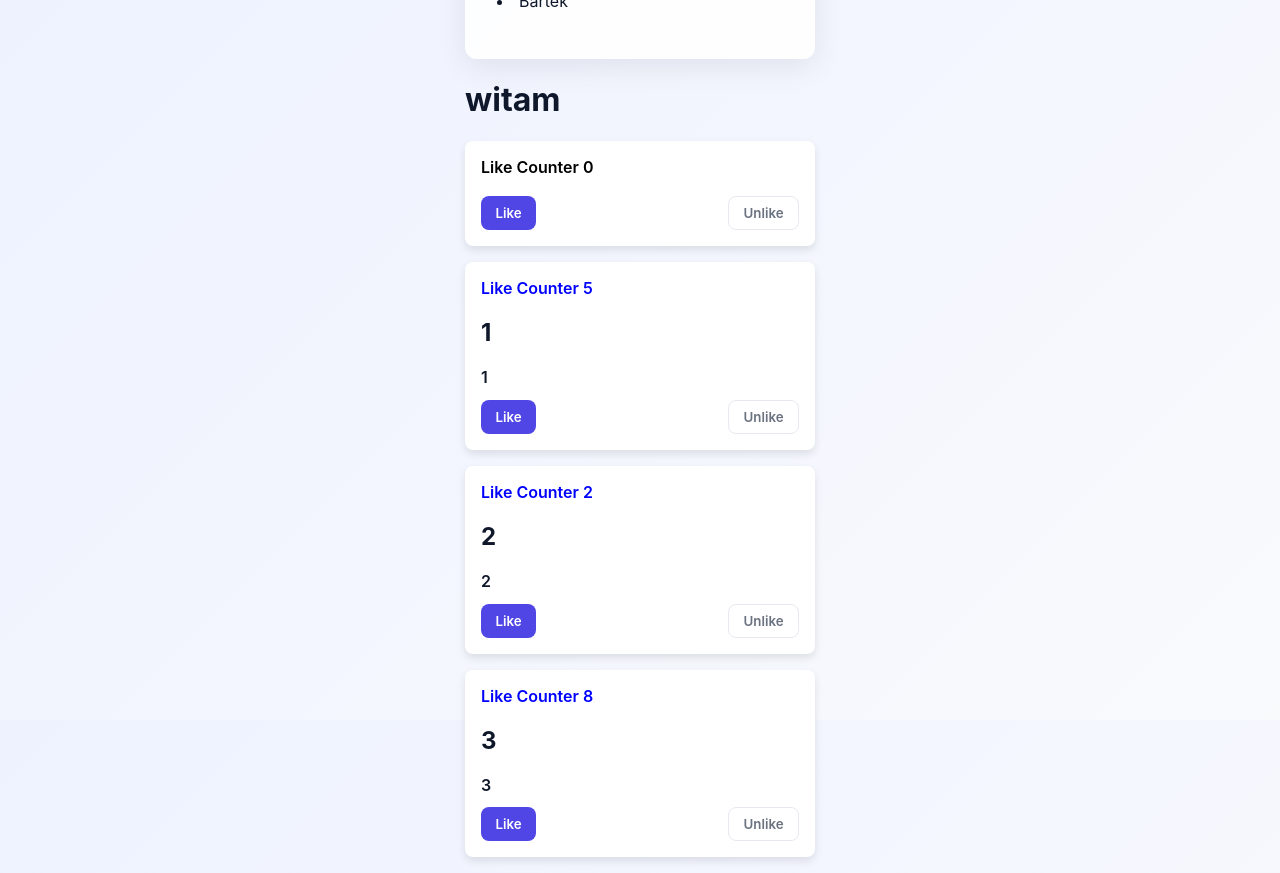
Repository: KrystianTrzy/reactapt
Page: /
These files come from the project's save history. The page is drawn as it stood at one moment and after a run of saves; the edit follows.
The browser window is 1280 px wide. The pictures show the whole page.
The project was rebuilt for these pictures with package versions that can differ from the ones it lists, and the page was loaded fresh each time.

Above is the page before, as saved 2025-11-22 09:40:44.

After the next 3 saves:
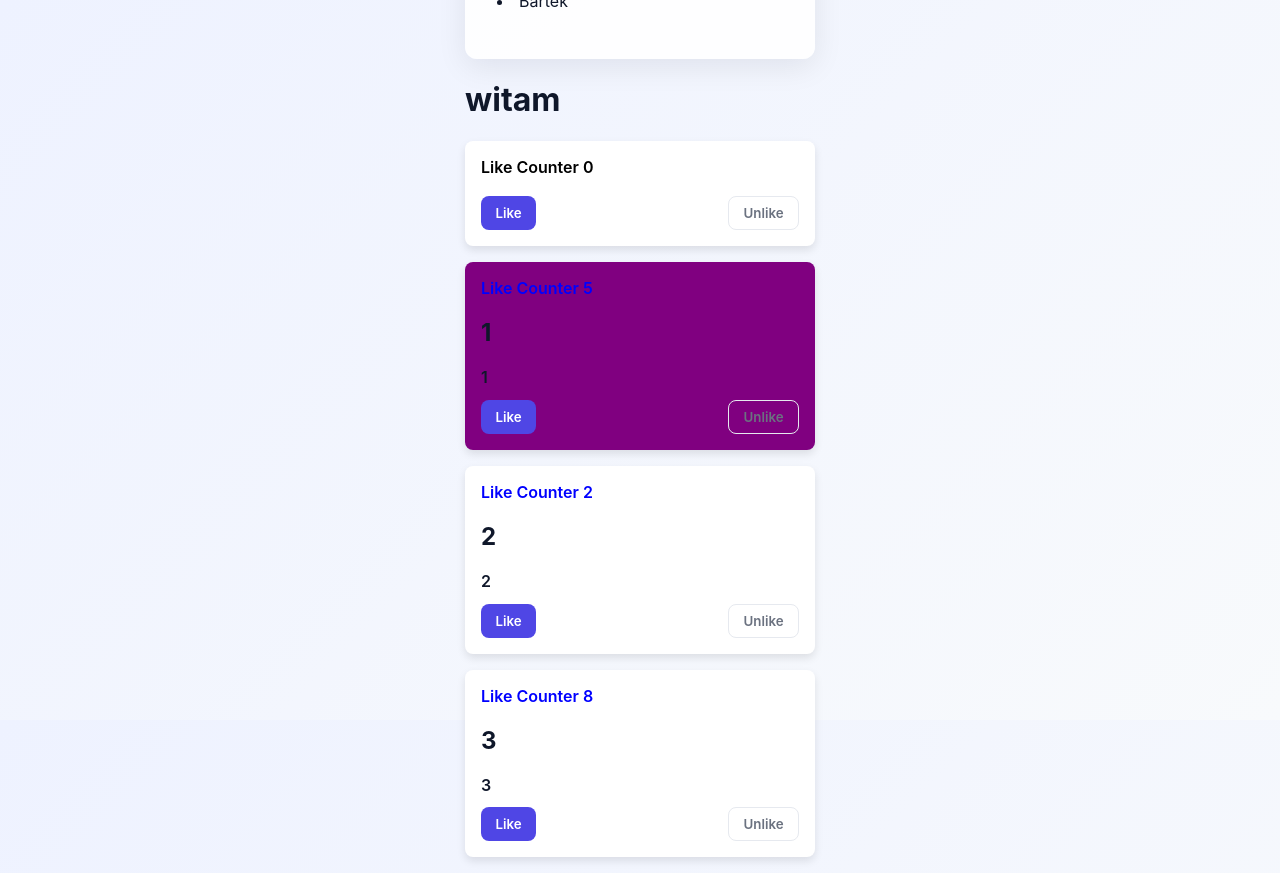
The 3 saves are shown as one change because they came seconds apart.
The last was saved 22 s later.
--- a/src/index.js
+++ b/src/index.js
@@ -12,7 +12,7 @@ root.render(
       <h1>witam</h1>
       <LikeCounter />
       <LikeCounter
-        color=""
+        color="purple"
         title="1"
         description="1"
         count ="5"
